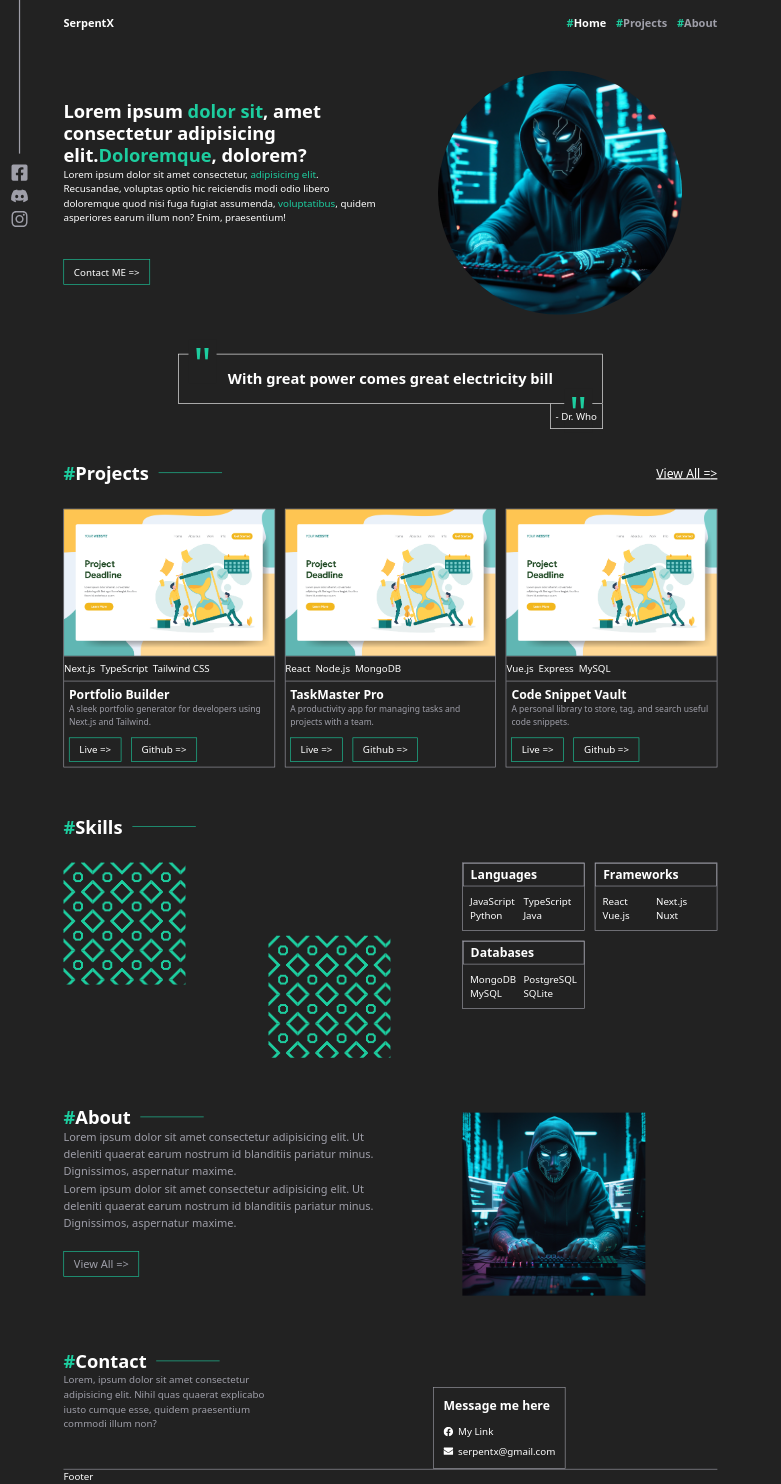
Repository: SERPENTX03/Portfolio-Tutorial
Page: /
These files come from the project's save history. The page is drawn as it stood at one moment and after the next save; the edit follows.
The browser window is 1280 px wide. The pictures show the whole page, at 61% of full size.
The project was rebuilt for these pictures with package versions that can differ from the ones it lists, and the page was loaded fresh each time. The framework's server and built-in components were replaced by stand-ins that run in the browser. Also part of the build but not shown: next.config.ts.

Above is the page before, as saved 2025-04-19 22:14:54.

### app/layout.tsx
import type { Metadata } from "next";
import { Geist, Geist_Mono } from "next/font/google";
import "./globals.css";
import SideContact from "@/components/SideContact";
import Navbar from "@/components/nav/Navbar";
import Footer from "@/components/Footer";

const geistSans = Geist({
  variable: "--font-geist-sans",
  subsets: ["latin"],
});

const geistMono = Geist_Mono({
  variable: "--font-geist-mono",
  subsets: ["latin"],
});

export const metadata: Metadata = {
  title: "Create Next App",
  description: "Generated by create next app",
};

export default function RootLayout({
  children,
}: Readonly<{
  children: React.ReactNode;
}>) {
  return (
    <html lang="en">
      <body
        className={`${geistSans.variable} ${geistMono.variable} antialiased`}
      >
        <SideContact />
        <main className="max-w-[1200px] mx-auto sm:px-16 px-3">
          <Navbar />
          {children}
          <Footer />
        </main>
      </body>
    </html>
  );
}

### app/page.tsx
import Hero from "@/components/Hero";
import Projects from "@/components/Projects";
import Skils from "@/components/Skils";
import About from "@/components/About";
import Contact from "@/components/Contact";
const Home = () => {
  return (
    <div>
      <Hero />
      <Projects />
      <Skils />
      <About />
      <Contact />
    </div>
  );
};
export default Home;

### app/globals.css
@import "tailwindcss";

@theme {
  --color-primary: #1dcd9f;
  --color-background: #222222;
  --color-text: #9f9fa9;
}

@utility hover-btn {
  @apply hover:bg-primary/30 transition-colors duration-300 ease-in-out border border-primary px-4 py-2 mt-14 cursor-pointer;
}

@utility hover-link {
  @apply hover:text-white transition-colors duration-300 ease-in-out;
}

body {
  background-color: var(--color-background);
  color: white;
}

.pattern {
  background: linear-gradient(
      45deg,
      transparent 14%,
      #1dcd9f 15%,
      #1dcd9f 20%,
      transparent 21%,
      transparent 79%,
      #1dcd9f 80%,
      #1dcd9f 85%,
      transparent 86%
    ),
    linear-gradient(
      135deg,
      transparent 14%,
      #1dcd9f 15%,
      #1dcd9f 20%,
      transparent 21%,
      transparent 79%,
      #1dcd9f 80%,
      #1dcd9f 85%,
      transparent 86%
    ),
    radial-gradient(transparent 14%, #1dcd9f 15%, #1dcd9f 25%, transparent 26%);
  background-size: 3em 3em;
  opacity: 1;
}

### components/SideContact.tsx
import Link from "next/link";
import { FaFacebookSquare } from "react-icons/fa";
import { FaDiscord } from "react-icons/fa";
import { FaInstagram } from "react-icons/fa";

const SideContact = () => {
  return (
    <div className="fixed top-0 left-0 w-16 lg:flex flex-col hidden ">
      {/* Line */}
      <div className="h-[35vh] relative">
        <div className="h-full border border-text absolute top-0 left-1/2 -translate-x-1/2"></div>
      </div>
      {/* Socials */}
      <div className="text-text mt-4 flex flex-col gap-2 items-center">
        <Link
          className="hover-link"
          target="_blank"
          href="https://www.facebook.com/serpentx.dev"
        >
          <FaFacebookSquare size={30} />
        </Link>
        <Link
          className="hover-link"
          target="_blank"
          href="https://discord.gg/serpentx"
        >
          <FaDiscord size={30} />
        </Link>
        <Link
          className="hover-link"
          target="_blank"
          href="https://www.instagram.com/serpentx.dev"
        >
          <FaInstagram size={30} />
        </Link>
      </div>
    </div>
  );
};
export default SideContact;

### components/nav/Navbar.tsx
import MenuHamburger from "./MenuHamburger";
import Navlink from "./Navlink";

const Navbar = () => {
  return (
    <div className="flex justify-between items-center py-6">
      <h1 className="text-lg font-semibold ">SerpentX</h1>
      <Navlink />
      <MenuHamburger />
    </div>
  );
};
export default Navbar;

### components/Footer.tsx
const Footer = () => {
  return <footer className="border-text border-t">Footer</footer>;
};
export default Footer;

### components/Hero.tsx
import Image from "next/image";

const Hero = () => {
  return (
    <section className="mt-10">
      <div className="flex flex-col sm:flex-row justify-between gap-10 items-center">
        <div className="w-full sm:w-1/2">
          <h2 className="text-3xl font-bold">
            Lorem ipsum <span className="text-primary">dolor sit</span>, amet
            consectetur adipisicing elit.
            <span className="text-primary">Doloremque</span>, dolorem?
          </h2>
          <p>
            Lorem ipsum dolor sit amet consectetur,{" "}
            <span className="text-primary">adipisicing elit</span>. Recusandae,
            voluptas optio hic reiciendis modi odio libero doloremque quod nisi
            fuga fugiat assumenda,{" "}
            <span className="text-primary">voluptatibus</span>, quidem
            asperiores earum illum non? Enim, praesentium!
          </p>
          <button className="hover-btn ">Contact ME ={">"}</button>
        </div>
        <div className="w-full sm:w-1/2 flex justify-center">
          <Image
            className="object-cover rounded-full"
            src="/images/hero.jpg"
            alt="hero"
            width={400}
            height={400}
          />
        </div>
      </div>
      <div className=" flex justify-center items-center">
        <div className="mt-16  border py-6 px-20 w-fit relative ">
          <h5 className=" text-2xl font-bold ">
            With great power comes great electricity bill
          </h5>
          <span className="absolute -top-6 left-4 bg-background px-2 text-primary text-7xl">
            &quot;
          </span>
          <span className="absolute -bottom-12 h-fit right-4 bg-background px-2 text-primary text-7xl">
            &quot;
          </span>
          <span className="absolute right-[-1px] -bottom-10.5 border-x border-b p-2">
            - Dr. Who
          </span>
        </div>
      </div>
    </section>
  );
};
export default Hero;

### components/Projects.tsx
import { projects } from "@/data/Project";
import Image from "next/image";
import Link from "next/link";

const Projects = () => {
  return (
    <section className="mt-24">
      <div className="flex justify-between items-center">
        <h2 className="text-3xl font-bold relative ">
          <span className="text-primary">#</span>Projects
          <span className="absolute -right-30 bottom-1/2 -translate-y-1/2 w-26 h-px bg-primary"></span>
        </h2>
        <Link className="text-xl underline" href="/projects">
          View All ={">"}
        </Link>
      </div>
      <div className="grid gird-cols-1 sm:grid-cols-2 md:grid-cols-3 gap-4 mt-10">
        {projects.slice(0, 3).map((project) => (
          <div key={project.id} className="border border-text">
            <Image
              src={project.image || ""}
              alt={project.title}
              width={300}
              height={300}
              className="w-full h-60 object-cover"
            />
            <div className="flex gap-2 py-2 border-y border-text">
              {project.language.map((lang) => (
                <p key={lang}>{lang}</p>
              ))}
            </div>
            <div className="p-2">
              <h3 className="text-xl font-bold">{project.title}</h3>
              <p className="text-sm text-text">{project.description}</p>
            </div>
            <div className="flex p-2">
              <div className="py-2 space-x-4">
                <Link href="/projects" className="hover-btn">
                  Live ={">"}
                </Link>
                <Link href="/projects" className="hover-btn">
                  Github ={">"}
                </Link>
              </div>
            </div>
          </div>
        ))}
      </div>
    </section>
  );
};
export default Projects;

### components/Skils.tsx
import { techStacks } from "@/data/Skils";

const Skils = () => {
  return (
    <section className="mt-20">
      <h2 className="text-3xl font-bold relative w-fit ">
        <span className="text-primary">#</span>Skills
        <span className="absolute -right-30 bottom-1/2 -translate-y-1/2 w-26 h-px bg-primary"></span>
      </h2>
      <div className="flex justify-between mt-10  ">
        {/* Pattern */}
        <div className="w-1/2 h-80 relative hidden md:block ">
          <div className="w-[200px] h-[200px] pattern absolute top-0 left-0"></div>
          <div className="w-[200px] h-[200px] pattern absolute bottom-0 right-0"></div>
        </div>
        {/* Skils */}
        <div className="grid grid-cols-2 gap-4 h-fit">
          {techStacks.map((skil, index) => (
            <div key={index} className=" border border-text">
              <h3 className="text-xl font-bold border-b border border-text px-3 py-1">
                {skil.title}
              </h3>
              <div className="grid grid-cols-2 p-3">
                {skil.items.map((item) => (
                  <div key={item.id}>
                    <p>{item.name}</p>
                  </div>
                ))}
              </div>
            </div>
          ))}
        </div>
      </div>
    </section>
  );
};
export default Skils;

### components/About.tsx
import Image from "next/image";
import Link from "next/link";

const About = () => {
  return (
    <section className="mt-20">
      <div className="flex justify-between mt-10">
        <div className="w-1/2 text-text text-lg">
          <h2 className="text-3xl font-bold relative w-fit text-white">
            <span className="text-primary">#</span>About
            <span className="absolute -right-30 bottom-1/2 -translate-y-1/2 w-26 h-px bg-primary"></span>
          </h2>
          <h3>
            Lorem ipsum dolor sit amet consectetur adipisicing elit. Ut deleniti
            quaerat earum nostrum id blanditiis pariatur minus. Dignissimos,
            aspernatur maxime.
          </h3>
          <h3>
            Lorem ipsum dolor sit amet consectetur adipisicing elit. Ut deleniti
            quaerat earum nostrum id blanditiis pariatur minus. Dignissimos,
            aspernatur maxime.
          </h3>
          <div className="mt-10">
            <Link className="hover-btn" href="">
              View All ={">"}
            </Link>
          </div>
        </div>
        <div className="w-1/2 h-80 flex items-center justify-center">
          <Image src="/images/about.jpg" alt="about" width={300} height={300} />
        </div>
      </div>
    </section>
  );
};
export default About;

### components/Contact.tsx
import Link from "next/link";
import { FaEnvelope, FaFacebook } from "react-icons/fa";

const Contact = () => {
  return (
    <section className="mt-20">
      <h2 className="text-3xl font-bold relative w-fit text-white">
        <span className="text-primary">#</span>Contact
        <span className="absolute -right-30 bottom-1/2 -translate-y-1/2 w-26 h-px bg-primary"></span>
      </h2>
      <div className="flex justify-between flex-col md:flex-row">
        <p className="w-full md:w-1/2 text-text">
          Lorem, ipsum dolor sit amet consectetur adipisicing elit. Nihil quas
          quaerat explicabo iusto cumque esse, quidem praesentium commodi illum
          non?
        </p>
        <div className="w-full flex justify-start mt-6  md:justify-center">
          <div className="p-4 border-text border">
            <h3 className="text-xl font-bold">Message me here</h3>

            <div className="flex flex-col gap-2 mt-4">
              <Link className="hover-link flex items-center gap-2" href="/">
                <FaFacebook /> <span>My Link</span>
              </Link>
              <Link className="hover-link flex items-center gap-2" href="/">
                <FaEnvelope /> <span>serpentx@gmail.com</span>
              </Link>
            </div>
          </div>
        </div>
      </div>
    </section>
  );
};
export default Contact;

### components/nav/MenuHamburger.tsx
"use client";
import { RiMenuFoldLine } from "react-icons/ri";
import { links } from "@/data/NavLink";
import { useEffect, useState } from "react";
import { IoClose } from "react-icons/io5";
import Link from "next/link";
import { usePathname } from "next/navigation";
import { motion, AnimatePresence } from "framer-motion";
import { FaDiscord, FaFacebookSquare, FaInstagram } from "react-icons/fa";

const MenuHamburger = () => {
  const [isOpen, setIsOpen] = useState(false);
  const pathname = usePathname();

  const handleOpen = () => {
    setIsOpen(!isOpen);
  };

  useEffect(() => {
    setIsOpen(false); // ปิดเมนูเมื่อ path เปลี่ยน
  }, [pathname]);
  return (
    <>
      <AnimatePresence mode="wait">
        {isOpen ? (
          <motion.div
            key="close"
            initial={{ rotate: -90, opacity: 0 }}
            animate={{ rotate: 0, opacity: 1 }}
            exit={{ rotate: 90, opacity: 0 }}
            transition={{ duration: 0.2 }}
            className="cursor-pointer block md:hidden z-50"
            onClick={handleOpen}
          >
            <IoClose size={30} />
          </motion.div>
        ) : (
          <motion.div
            key="menu"
            initial={{ rotate: 90, opacity: 0 }}
            animate={{ rotate: 0, opacity: 1 }}
            exit={{ rotate: -90, opacity: 0 }}
            transition={{ duration: 0.3 }}
            className="cursor-pointer block md:hidden z-10"
            onClick={handleOpen}
          >
            <RiMenuFoldLine size={30} />
          </motion.div>
        )}
      </AnimatePresence>
      {isOpen && (
        <ul className="fixed top-0 left-0 w-full h-screen bg-background ">
          <h1 className="text-2xl font-bold m-3">SerpentX</h1>
          {links.map((nav, index) => (
            <li
              key={index}
              className={`text-2xl m-3 font-semibold text-text ${
                pathname === nav.href ? "text-white" : "text-text"
              }`}
            >
              <Link href={nav.href}>
                <span className="text-primary">#</span>
                {nav.label}
              </Link>
            </li>
          ))}
        </ul>
      )}
      {isOpen && (
        <div className="fixed bottom-4 left-1/2 -translate-x-1/2 flex gap-4">
          <Link target="_blank" href="https://www.facebook.com/serpentx.dev">
            <FaFacebookSquare size={30} />
          </Link>
          <Link target="_blank" href="https://discord.gg/serpentx">
            <FaDiscord size={30} />
          </Link>
          <Link target="_blank" href="https://www.instagram.com/serpentx.dev">
            <FaInstagram size={30} />
          </Link>
        </div>
      )}
    </>
  );
};
export default MenuHamburger;

### components/nav/Navlink.tsx
"use client";
import { links } from "@/data/NavLink";
import Link from "next/link";
import { usePathname } from "next/navigation";

const Navlink = () => {
  const pathname = usePathname();
  return (
    <ul className="md:flex gap-4 hidden ">
      {links.map((nav, index) => (
        <li
          key={index}
          className={`text-lg font-semibold text-text hover-link ${
            pathname === nav.href ? "text-white" : "text-text"
          }`}
        >
          <Link href={nav.href}>
            <span className="text-primary">#</span>
            {nav.label}
          </Link>
        </li>
      ))}
    </ul>
  );
};
export default Navlink;

### data/Project.ts
export const projects = [
  {
    id: 1,
    title: "Portfolio Builder",
    description:
      "A sleek portfolio generator for developers using Next.js and Tailwind.",
    language: ["Next.js", "TypeScript", "Tailwind CSS"],
    image: "/images/project1.jpg",
  },
  {
    id: 2,
    title: "TaskMaster Pro",
    description:
      "A productivity app for managing tasks and projects with a team.",
    language: ["React", "Node.js", "MongoDB"],
    image: "/images/project1.jpg",
  },
  {
    id: 3,
    title: "Code Snippet Vault",
    description:
      "A personal library to store, tag, and search useful code snippets.",
    language: ["Vue.js", "Express", "MySQL"],
    image: "/images/project1.jpg",
  },
  {
    id: 4,
    title: "DevBlog Engine",
    description:
      "A markdown-powered blogging platform for developers with dark mode.",
    language: ["Next.js", "MDX", "Tailwind CSS"],
    image: "/images/project1.jpg",
  },
  {
    id: 5,
    title: "CryptoTracker",
    description:
      "Live cryptocurrency prices and portfolio manager with real-time charts.",
    language: ["React", "Chart.js", "CoinGecko API"],
    image: "/images/project1.jpg",
  },
  {
    id: 6,
    title: "EcomDash",
    description:
      "An admin dashboard for managing products, orders, and analytics.",
    language: ["Angular", "Firebase", "SCSS"],
    image: "/images/project1.jpg",
  },
  {
    id: 7,
    title: "ChatterBox",
    description:
      "A real-time chat application with private and group messaging.",
    language: ["React", "Socket.io", "Node.js"],
    image: "/images/project1.jpg",
  },
  {
    id: 8,
    title: "CodeQuiz Arena",
    description: "An interactive quiz app for coding topics with leaderboards.",
    language: ["Svelte", "TypeScript", "Supabase"],
    image: "/images/project1.jpg",
  },
  {
    id: 9,
    title: "WeatherZen",
    description:
      "A minimalist weather app with animated forecasts and map integration.",
    language: ["Vue.js", "OpenWeatherMap API", "Tailwind CSS"],
    image: "/images/project1.jpg",
  },
  {
    id: 10,
    title: "DesignSync",
    description: "Tool to sync design tokens between Figma and your codebase.",
    language: ["Electron", "Figma API", "TypeScript"],
    image: "/images/project1.jpg",
  },
];

### data/Skils.ts
export const techStacks = [
  {
    title: "Languages",
    items: [
      { id: 1, name: "JavaScript" },
      { id: 2, name: "TypeScript" },
      { id: 3, name: "Python" },
      { id: 4, name: "Java" },
    ],
  },
  {
    title: "Frameworks",
    items: [
      { id: 1, name: "React" },
      { id: 2, name: "Next.js" },
      { id: 3, name: "Vue.js" },
      { id: 4, name: "Nuxt" },
    ],
  },
  {
    title: "Databases",
    items: [
      { id: 1, name: "MongoDB" },
      { id: 2, name: "PostgreSQL" },
      { id: 3, name: "MySQL" },
      { id: 4, name: "SQLite" },
    ],
  },
];

### data/NavLink.ts
export const links = [
  {
    label: "Home",
    href: "/",
  },
  {
    label: "Projects",
    href: "/projects",
  },
  {
    label: "About",
    href: "/about",
  },
];

After the next save:
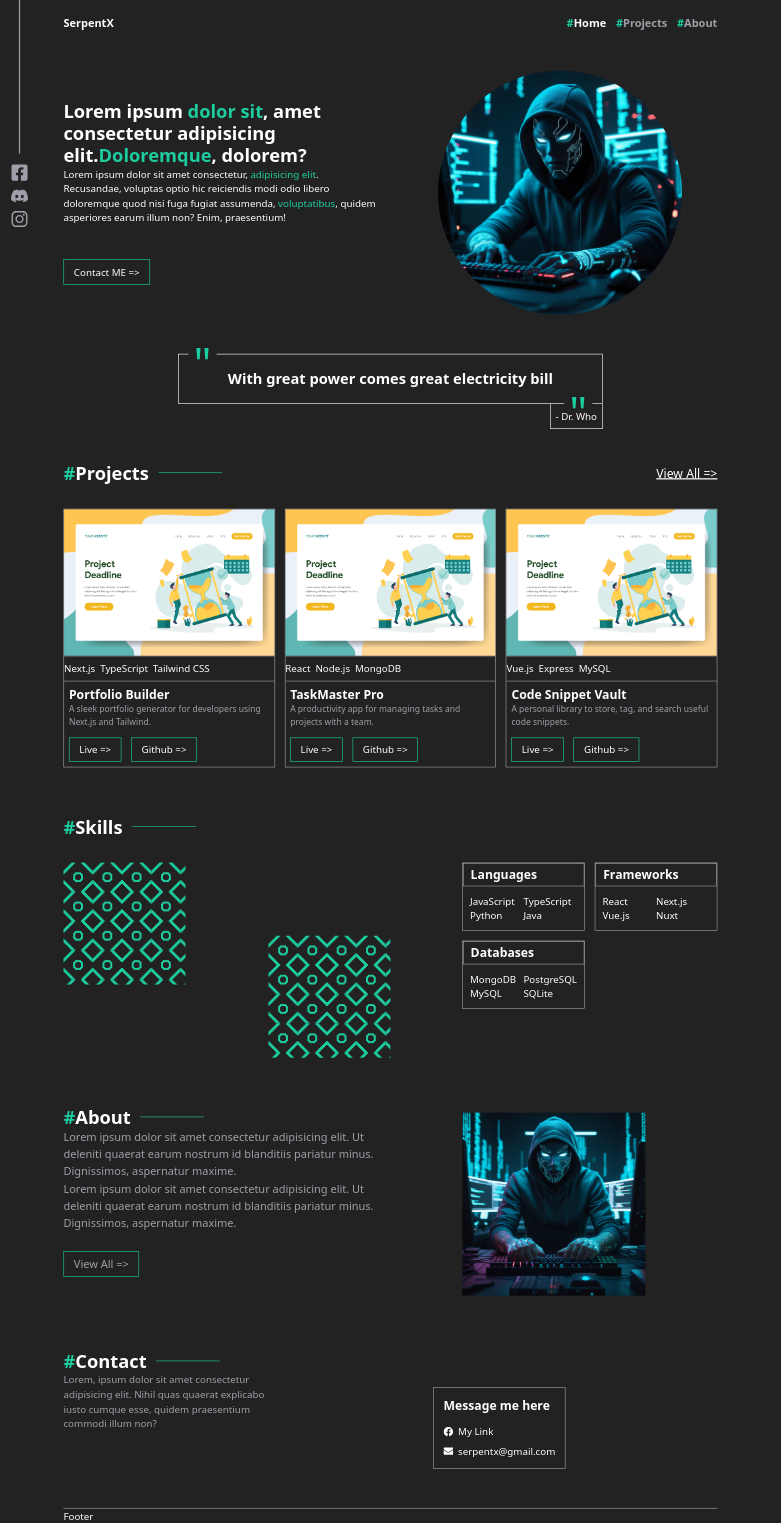
Saved 8 s later.
--- a/components/Footer.tsx
+++ b/components/Footer.tsx
@@ -1,4 +1,4 @@
 const Footer = () => {
-  return <footer className="border-text border-t">Footer</footer>;
+  return <footer className="border-text border-t mt-16">Footer</footer>;
 };
 export default Footer;
